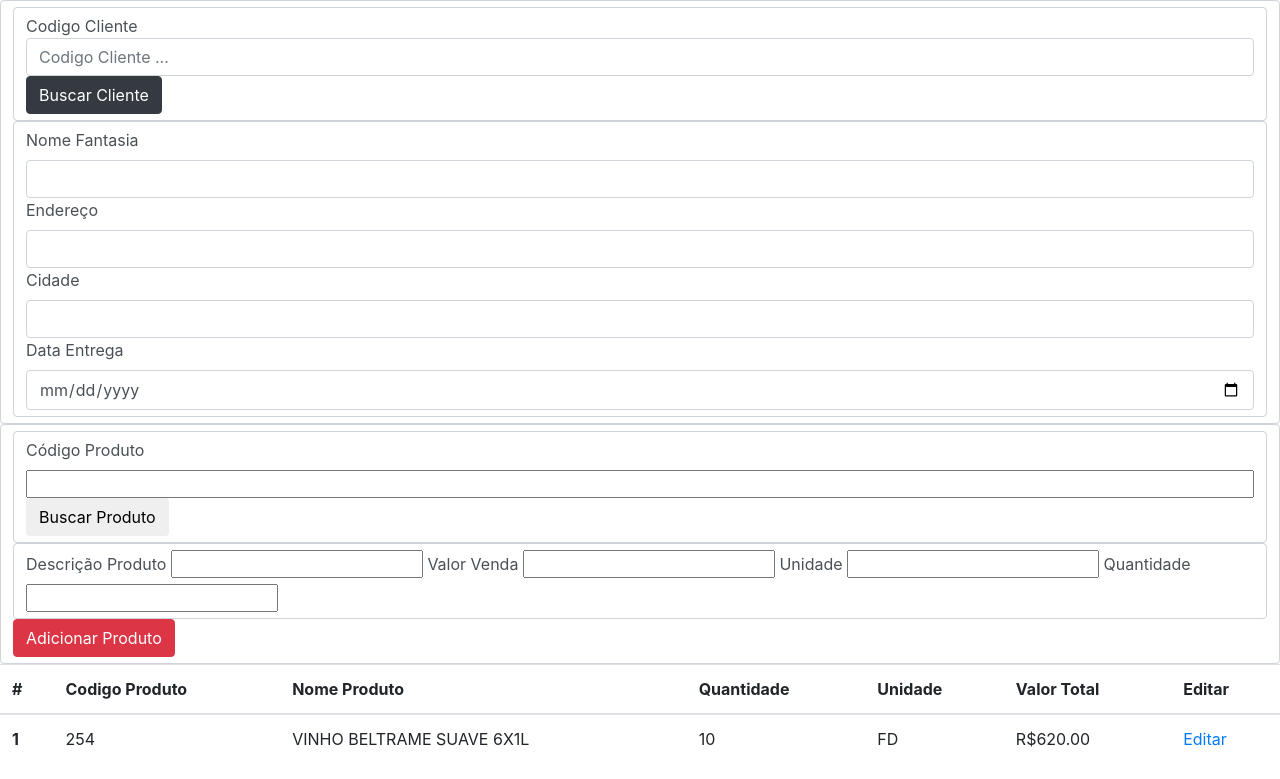
Repository: RobertoAntunes35/controle-estoque
Page: backend/templates/paginaGeracaoPedidos.html
An editor plug-in stored every save of this project. The page is shown before and after the next save, followed by the edit.
The browser window is 1280 px wide. The pictures show the whole page.
Some web libraries are served in a nearby version. The template is drawn by Flask 3. The application's start-up code is not run. Other server files are loaded and not shown. The template is opened directly, without the code that normally fills it, so the values that code supplies are empty.

Above is the page before, as saved 2023-06-06 10:52:26.

### backend/templates/paginaGeracaoPedidos.html
{% extends "index.html" %}

{% block title %} Geração Pedidos {% endblock %}

{% block content %}
<div class="content-geracao-pedido">
        <form action="">
            <div class="data-clientes form-control">
                <div class="buscar form-control">
                    <label class="form-check-label" for="">Codigo Cliente</label>
                    <input class="form-control" type="text" name="codigoCliente" id="codigoCliente" placeholder="Codigo Cliente ...">
                    <a href="#" class="btn btn-dark">Buscar Cliente</a>
                </div>

                <div class="datas-cliente form-control">
                    <label for="">Nome Fantasia</label>
                    <input class="form-control" type="text" name="nomeFantasia" id="nomeFantasia">

                    <label for="">Endereço</label>
                    <input class="form-control" type="text" name="enderecoCliente" id="enderecoCliente">

                    <label for="">Cidade</label>
                    <input class="form-control" type="text" name="cidadeCliente" id="cidadeCliente">

                    <label for="">Data Entrega</label>
                    <input class="form-control" type="date" name="dataEntrega" id="dataEntrega">
                </div>
            </div>
            <div class="produtos">
                <div class="busca-produtos form-control">
                    <div class="busca form-control">
                        <label for="">Código Produto</label>
                        <input class="input-group" type="text" name="codigoProduto" id="codigoProduto">
                        <button class="btn" id="btnBuscaProduto" name="btnBuscaProduto">Buscar Produto</button>
                    </div>
                    <div class="dados-produtos form-control">
                        <label for="">Descrição Produto</label>
                        <input type="text" name="descricaoProduto" id="descricaoProduto">

                        <label for="">Valor Venda</label>
                        <input type="number" name="valorVenda" id="valorVenda">

                        <label for="">Unidade</label>
                        <input type="text" name="unidadeProduto" id="unidadeProduto">

                        <label for="">Quantidade</label>
                        <input type="number">
                    </div>
                    <button class="btn btn-danger">Adicionar Produto</button>
                </div>


                <table class="table">
                    <thead>
                        <tr>
                            <th scope="col">#</th>
                            <th scope="col">Codigo Produto</th>
                            <th scope="col">Nome Produto</th>
                            <th scope="col">Quantidade</th>
                            <th scope="col">Unidade</th>
                            <th scope="col">Valor Total</th>
                            <th scope="col">Editar</th>
                        </tr>
                    </thead>

                    <tbody>
                        <tr>
                            <th scope="row">1</th>
                            <td>254</td>
                            <td>VINHO BELTRAME SUAVE 6X1L</td>
                            <td>10</td>
                            <td>FD</td>
                            <td>R$620.00</td>
                            <td><a href="#">Editar</a></td>
                        </tr>
                    </tbody>

                </table>

            </div>

        </form>
    </div>

{% endblock %}

### backend/templates/index.html
<!DOCTYPE html>
<html lang="en">

{% block head %}
<head>
    <meta charset="UTF-8">
    <meta http-equiv="X-UA-Compatible" content="IE=edge">
    <meta name="viewport" content="width=device-width, initial-scale=1.0">
    <title>{% block title %} {% endblock %}</title>

    <script src="https://ajax.googleapis.com/ajax/libs/jquery/3.5.1/jquery.min.js"></script>
    <!-- CSS INTERNO -->
    <link rel="stylesheet" href="{{ url_for('static', filename='css/globalStyle.css') }}">

    <!-- FONTE -->

    <!-- BOOTSTRAP -->
    <link rel="stylesheet" href="https://maxcdn.bootstrapcdn.com/bootstrap/4.0.0/css/bootstrap.min.css">
    <script src="https://maxcdn.bootstrapcdn.com/bootstrap/4.0.0/js/bootstrap.min.js"></script>
    <script src="https://cdnjs.cloudflare.com/ajax/libs/popper.js/1.12.9/umd/popper.min.js"></script>

    <!-- SCRIPT INTERNO -->
    <script src="{{ url_for('static' , filename='js/script.js') }}"></script>

    <!-- SCRIPTS AUXILIARES -->

</head>
{% endblock %}

<body>
   <div class="content">
    {% block content %} {% endblock %}
    </div>

</body>
</html>

### backend/static/css/globalStyle.css
* {
    margin: 0 auto;
    padding: 0;
    box-sizing: border-box;
}

.div-formulario {
    border: 1px solid;
}

.container {
    display: flex;
    justify-content: left;
    align-items: center;
    width: 100vw;
    height: 100vh;

    /* border: 1px solid; */
}

.search-product{
    /* border: 1px solid; */
}
.values-find{
    /* border: 1px solid; */
}

.choices-values{
    /* border: 1px solid; */
}

### backend/static/js/script.js

$(document).ready(function() {
    $('#btnBuscar').click(function(event) {
        event.preventDefault();

        var inputValue = $('#codigo').val();
        console.log(inputValue);

    $.ajax({
        url: '/busca_produtos',
        type: 'POST',
        data: {codigoProduto: inputValue},
        success: function(date) {
            $('#descricao').val(date.updatedValue.descricao)
            $('#codigoFornecedor').val(date.updatedValue.codigoFornecedor)
            $('#unidade').val(date.updatedValue.unidade)
        }
    });
    });
});


function verificarEnter(event) {
    if(event.keyCode === 13) {
        event.preventDefault();

        var botao = document.getElementById("btnBuscar")
        botao.click();
    }
}

After the next save:
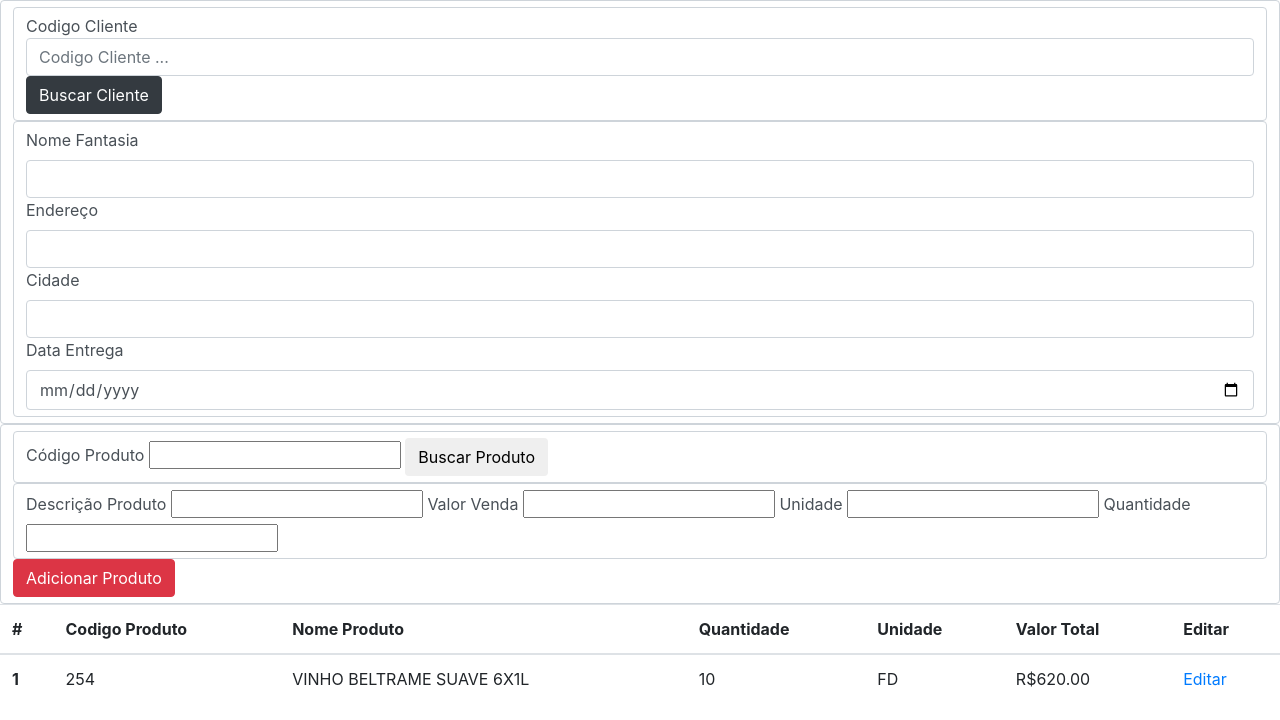
Saved 8 s later.
--- a/backend/templates/paginaGeracaoPedidos.html
+++ b/backend/templates/paginaGeracaoPedidos.html
@@ -30,7 +30,7 @@
                 <div class="busca-produtos form-control">
                     <div class="busca form-control">
                         <label for="">Código Produto</label>
-                        <input class="input-group" type="text" name="codigoProduto" id="codigoProduto">
+                        <input class="input-group-sm" type="text" name="codigoProduto" id="codigoProduto">
                         <button class="btn" id="btnBuscaProduto" name="btnBuscaProduto">Buscar Produto</button>
                     </div>
                     <div class="dados-produtos form-control">
